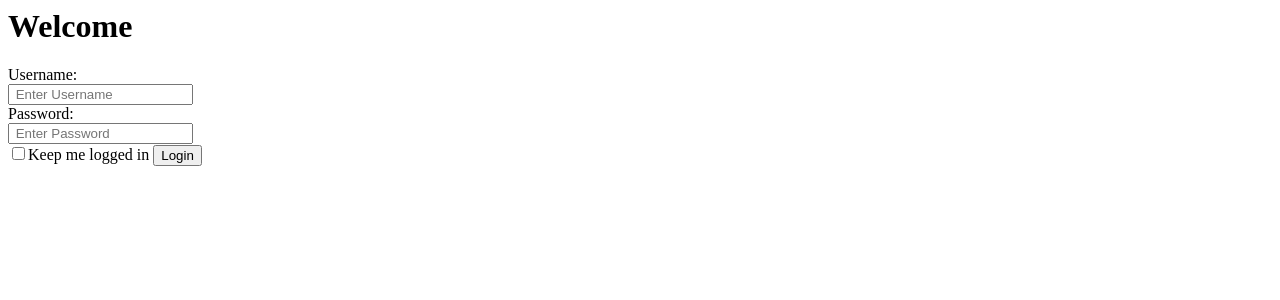
Repository: varshaumeshhs55/ServletProject
Page: LoginRegistrationApp/WebContent/index.html
The author's editor kept a copy of each file at every save. The page is drawn from the files as they stood at one save, then again after the next save.
The browser window is 1280 px wide. The pictures show the whole page.

Above is the page before, as saved 2019-01-22 10:02:30.

### LoginRegistrationApp/WebContent/index.html
<html>
<head>
<h1>Welcome</h1>
</head>
<body>
	<form action="login" method="post">
	<label for="username">Username:</label><br>
		 <input type="text" name="username" placeholder=" Enter Username"><br>
		 <label for="password">Password:</label><br>
		 <input type="password" name="password" placeholder=" Enter Password"><br>
		 <input type="checkbox"><label for="checkbox">Keep me logged in</label>
		 <input type="submit" value="Login"><br>
	</form>
</body>
</html>

After the next save:
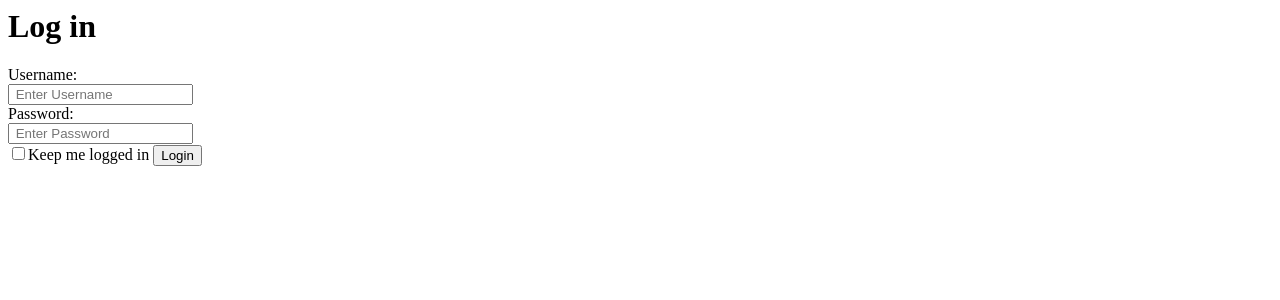
Saved 5 min 35 s later.
--- a/LoginRegistrationApp/WebContent/index.html
+++ b/LoginRegistrationApp/WebContent/index.html
@@ -1,6 +1,6 @@
 <html>
 <head>
-<h1>Welcome</h1>
+<h1>Log in</h1>
 </head>
 <body>
 	<form action="login" method="post">

After the save that followed:
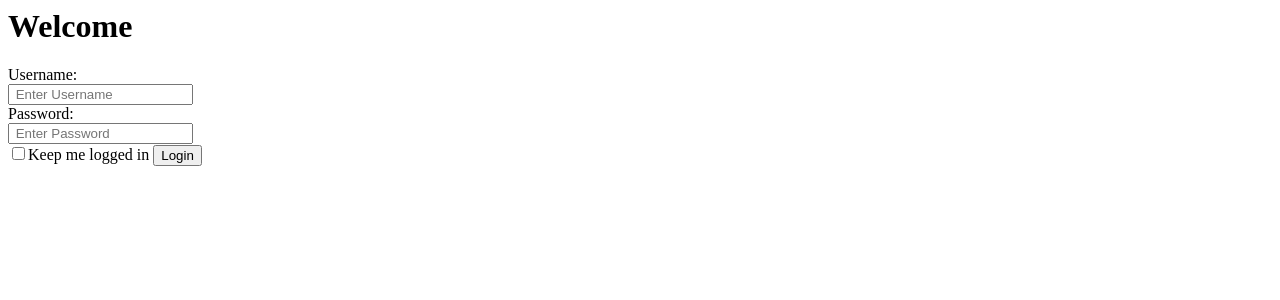
Saved 23 s later.
--- a/LoginRegistrationApp/WebContent/index.html
+++ b/LoginRegistrationApp/WebContent/index.html
@@ -1,6 +1,6 @@
 <html>
 <head>
-<h1>Log in</h1>
+<h1>Welcome</h1>
 </head>
 <body>
 	<form action="login" method="post">
